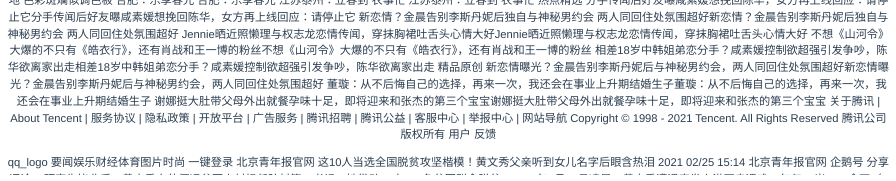
Repository: joyhao/joykit20210224
Page: /about
These files come from the project's save history. The page is drawn as it stood at one moment and after the next save; the edit follows.
The browser window is 1280 px wide. The pictures show the part of the page from y = 510 to 2430 px (the page is 768 px tall before and 6720 px after), at 70% of full size.
An inner scrolling area shows only its first screen. The project was rebuilt for these pictures with package versions that can differ from the ones it lists, and the page was loaded fresh each time. Also part of the build but not shown: vite.config.ts.

Above is the page before, as saved 2021-02-26 11:37:03.

After the next save:
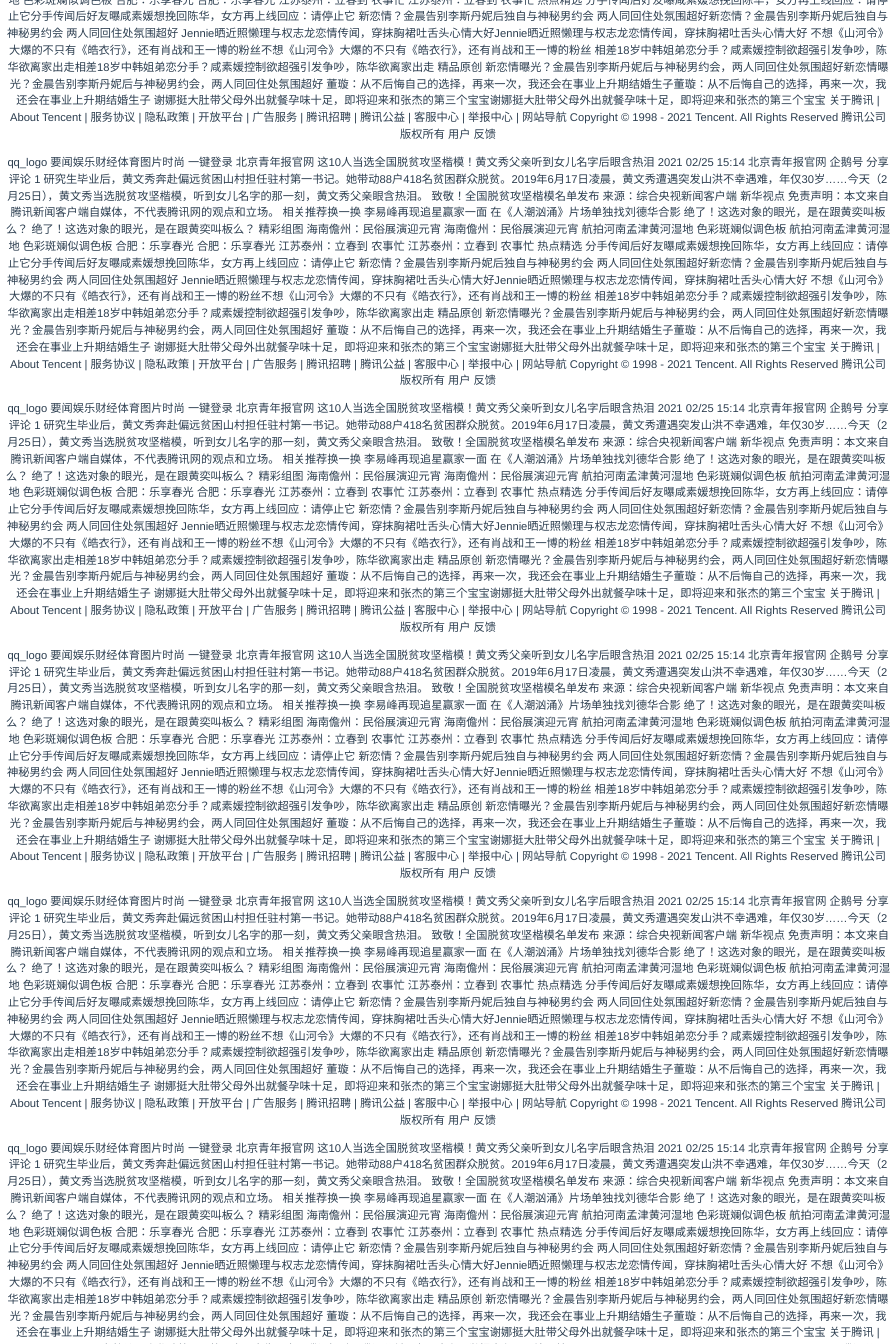
Saved 35 s later.
--- a/src/views/About/About.vue
+++ b/src/views/About/About.vue
@@ -514,7 +514,7 @@
 
 <style lang="scss" scoped>
 .about {
-  height: 60vh;
+  // height: 60vh;
   // overflow: scroll;
   // scroll-behavior: smooth;
 }
